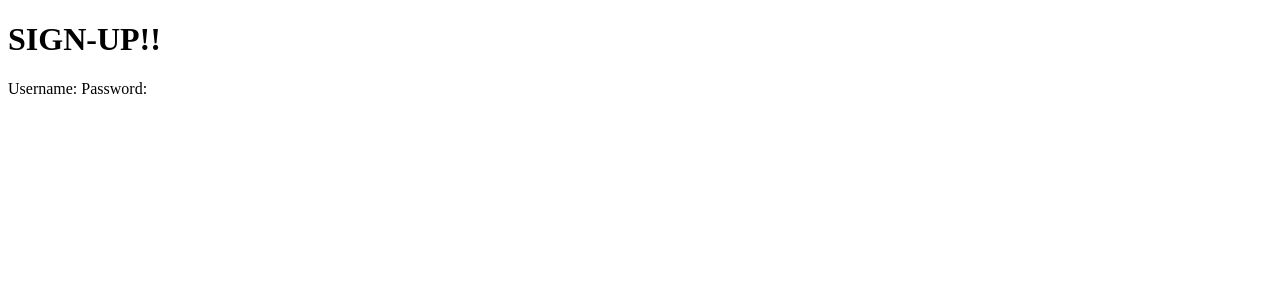
Repository: claudesedillo/WEBAPDE-MP2
Page: MP2 Workplace/WEBAPDE-MP2Q/WebContent/signup.html
The author's editor kept a copy of each file at every save. The page is drawn from the files as they stood at one save, then again after the next save.
The browser window is 1280 px wide. The pictures show the whole page.

Above is the page before, as saved 2017-07-21 17:56:46.

After the next save:
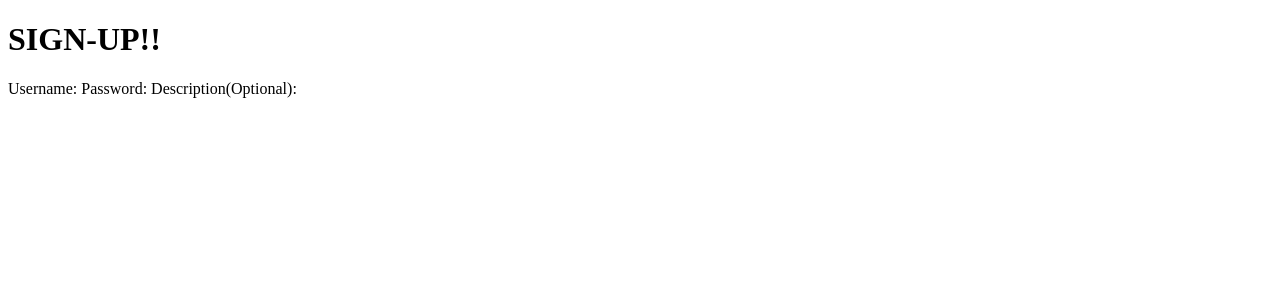
Saved 7 s later.
--- a/MP2 Workplace/WEBAPDE-MP2Q/WebContent/signup.html
+++ b/MP2 Workplace/WEBAPDE-MP2Q/WebContent/signup.html
@@ -10,6 +10,7 @@
 	<form method="POST" action="register">
 		Username:
 		Password:
+		Description(Optional):
 	</form>
 </body>
 </html>
